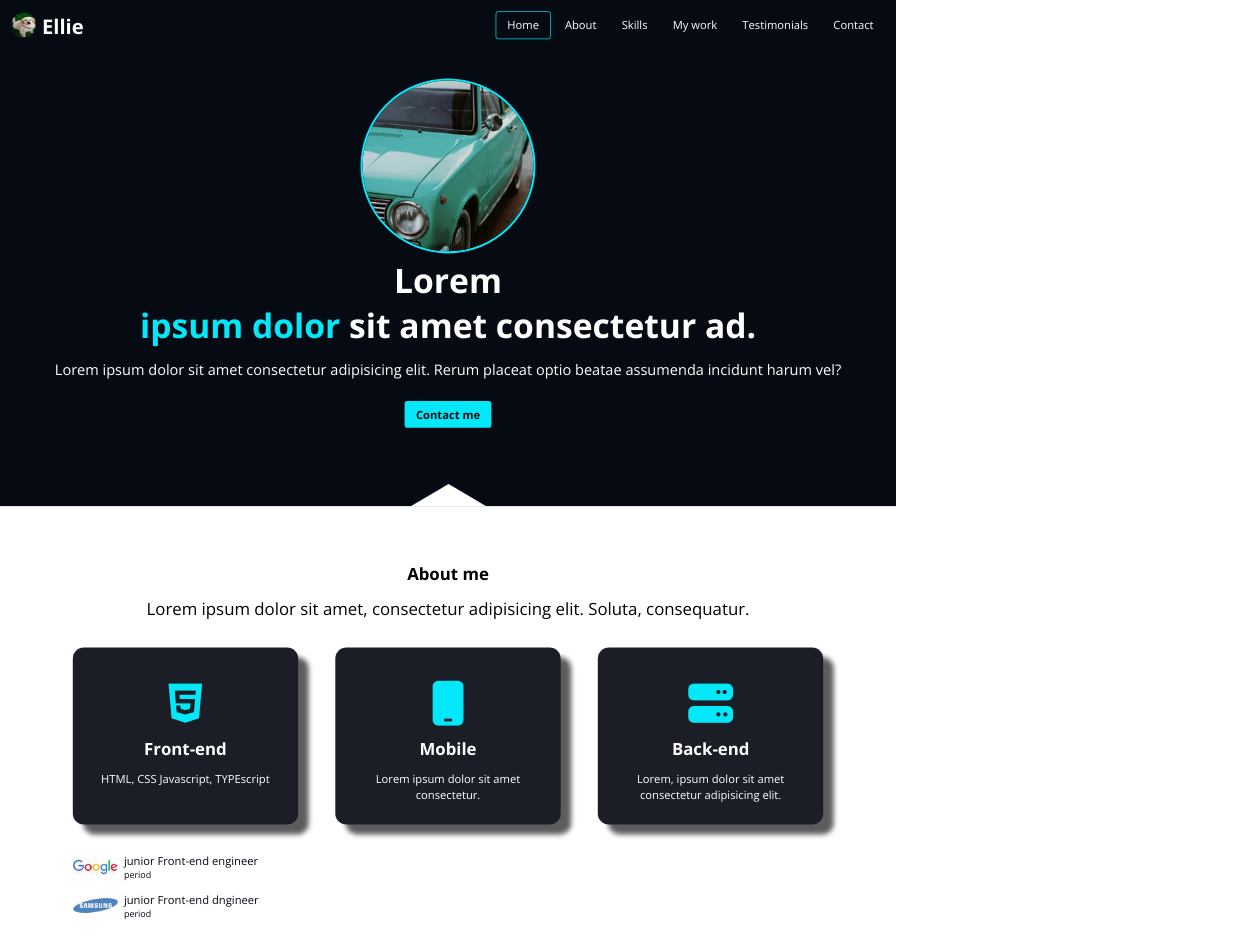
Repository: Arden-Sol/portfolio-website-clone-coding
Page: index.html
The author's editor kept a copy of each file at every save. The page is drawn from the files as they stood at one save, then again after the next save.
The browser window is 1280 px wide. The page is 1793 px wide, so the pictures cover 1793 px, including what lies to the right of the window. The pictures show the part of the page from y = 0 to 1360 px (the page is 4153 px tall), at 70% of full size.
Some web libraries are served in a nearby version.

Above is the page before, as saved 2024-04-07 00:17:13.

### index.html
<!DOCTYPE html>
<html lang="en">

<head>
  <meta charset="UTF-8">
  <meta name="viewport" content="width=device-width, initial-scale=1.0">
  <!-- SEO -->
  <title>Arden&#39;s portfolio</title>
  <meta name="description" content="포트폴리오 연습장" />
  <meta name="author" content="arden">
  <link rel="shortcut icon" href="image/favicon.jpg" type="image/x-icon">
  <!-- OG (Open Graph Data) -->
  <meta property="og:title" content="포트폴리오">
  <meta property="og:type" content="website">
  <meta property="og:url" content="https://arden-sol.github.io/portfolio-website-clone-coding/">
  <meta property="og:image" content="https://arden-sol.github.io/portfolio-website-clone-coding/image/og.webp">
  <!-- Goole Font -->
  <link rel="preconnect" href="https://fonts.googleapis.com">
  <link rel="preconnect" href="https://fonts.gstatic.com" crossorigin>
  <link href="https://fonts.googleapis.com/css2?family=Open+Sans:ital,wght@0,300..800;1,300..800&display=swap"
    rel="stylesheet">
  <!-- Font Awesome -->
  <script src="https://kit.fontawesome.com/4dc9c1b526.js" crossorigin="anonymous"></script>
  <!-- CSS -->
  <link rel="stylesheet" href="css/style.css">
  <!-- Javascript -->
  <!-- 타입-모듈: 독립적으로 개별화해서 고립된 모듈화 -->
  <script type="module" src="src/main.js" defer></script>
  <script type="module" src="src/projects.js" defer></script>
  <script type="module" src="src/active_menu.js" defer></script>
</head>

<body>
  <!-- Header -->
  <header class="header">
    <div class="header__logo">
      <img class="header__logo__img" src="image/favicon.jpg" alt="">
      <h1 class="header__logo__title"><a href="#">Ellie</a></h1>
    </div>
    <nav class="header__nav">
      <ul class="header__menu">
        <li><a class="header__menu__item active" href="#home">Home</a></li>
        <li><a class="header__menu__item" href="#about">About</a></li>
        <li><a class="header__menu__item" href="#skills">Skills</a></li>
        <li><a class="header__menu__item" href="#work">My work</a></li>
        <li><a class="header__menu__item" href="#testimonial">Testimonials</a></li>
        <li><a class="header__menu__item" href="#contact">Contact</a></li>
      </ul>
    </nav>
    <button class="header__bars" aria-label="navigation menu toggle">
      <i class="fa-solid fa-bars"></i>
    </button>
  </header>
  <!-- Main -->
  <main>
    <!-- Home -->
    <section id="home" class="section">
      <div class="home__container">
        <img class="home__avatar" src="image/picture.jpg" alt="picture">
        <h2 class="home__title">Lorem <br> <strong class="home__title--strong">ipsum dolor</strong> sit amet consectetur
          ad.</h2>
        <p class="home__description">Lorem ipsum dolor sit amet consectetur adipisicing elit. Rerum placeat optio beatae
          assumenda incidunt harum
          vel?</p>
        <a class="home__contact" href="#contact">Contact me</a>
      </div>
    </section>
    <!-- About -->
    <section id="about" class="section max-container">
      <h2 class="title">About me</h2>
      <p class="description">Lorem ipsum dolor sit amet, consectetur adipisicing elit. Soluta, consequatur.</p>
      <ul class="majors">
        <li class="major">
          <i class="fa-brands fa-html5 major__icon"></i>
          <p class="major__title">Front-end</p>
          <p>HTML, CSS Javascript, TYPEscript</p>
        </li>
        <li class="major">
          <i class="fa-solid fa-mobile major__icon"></i>
          <p class="major__title">Mobile</p>
          <p>Lorem ipsum dolor sit amet consectetur.</p>
        </li>
        <li class="major">
          <i class="fa-solid fa-server major__icon"></i>
          <p class="major__title">Back-end</p>
          <p>Lorem, ipsum dolor sit amet consectetur adipisicing elit.</p>
        </li>
      </ul>
      <ul class="jobs">
        <li class="job"><img src="image/jobs/google.png" alt="google">
          <div>
            <p class="job__name">junior Front-end engineer</p>
            <p class="job__period">period</p>
          </div>
        </li>
        <li class="job"><img src="image/jobs/samsung.png" alt="samsung">
          <div>
            <p class="job__name">
              junior Front-end dngineer
            </p>
            <p class="job__period">period</p>
          </div>
        </li>
      </ul>
    </section>
    <!-- Skills -->
    <section id="skills" class="section">
      <div class="max-container">
        <h2 class="title">My Skills</h2>
        <p class="description">Skills & Attributes</p>
        <p>Lorem ipsum dolor sit amet consectetur, adipisicing elit. Quia tempore dignissimos suscipit deleniti saepe
          nemo
          doloremque voluptates minima ipsam! Nemo ab voluptas omnis libero commodi delectus sequi hic error inventore?
        </p>
        <div class="skills">
          <section class="skills__coding">
            <h3 class="skills__title">Conding Skills</h3>
            <ul>
              <li class="bar">
                <div class="bar__metadata"><span>HTML</span><span>98%</span></div>
                <div class="bar__bg">
                  <div class="bar__value" style="width: 98%"></div>
                </div>
              </li>
              <li class="bar">
                <div class="bar__metadata"><span>CSS</span><span>90%</span></div>
                <div class="bar__bg">
                  <div class="bar__value" style="width: 20%"></div>
                </div>
              </li>
              <li class="bar">
                <div class="bar__metadata"><span>Javascript</span><span>90%</span></div>
                <div class="bar__bg">
                  <div class="bar__value" style="width: 98%"></div>
                </div>
              </li>
              <li class="bar">
                <div class="bar__metadata"><span>TYPEscript</span><span>80%</span></div>
                <div class="bar__bg">
                  <div class="bar__value" style="width: 98%"></div>
                </div>
              </li>
              <li class="bar">
                <div class="bar__metadata"><span>NodeJs</span><span>78%</span></div>
                <div class="bar__bg">
                  <div class="bar__value" style="width: 98%"></div>
                </div>
              </li>
              <li class="bar">
                <div class="bar__metadata"><span>React</span><span>68%</span></div>
                <div class="bar__bg">
                  <div class="bar__value" style="width: 98%"></div>
                </div>
              </li>
            </ul>
          </section>
          <section class="skills__tools">
            <h3 class="skills__title">Tools</h3>
            <ul>
              <li>Visual Studio Code</li>
              <li>IntelliJ</li>
              <li>Android Studio Code</li>
              <li>iOS dvelopment toos</li>
              <li>Sketch app</li>
            </ul>
          </section>
          <section class="skills__etc">
            <h3 class="skills__title">Etc</h3>
            <ul>
              <li>Git</li>
              <li>Scurm Master</li>
              <li>Math</li>
            </ul>
          </section>
        </div>
      </div>
    </section>
    <!-- Work -->
    <section id="work" class="section">
      <div class="max-container">
        <h2 class="title">My work</h2>
        <p class="description">Projects</p>
        <ul class="categories">
          <li><button class="category category--selected" data-filter="all">All <span
                class="category__count">8</span></button></li>
          <li><button class="category" data-filter="front-end">Front-end <span class="category__count">3</span></button>
          </li>
          <li><button class="category" data-filter="back-end">Back-end <span class="category__count">3</span></button>
          </li>
          <li><button class="category" data-filter="mobile">Mobile <span class="category__count">2</span></button></li>
        </ul>
        <ul class="projects">
          <li class="project" data-type="front-end">
            <a href="#" target="_blank">
              <img src="image/projects/project1.webp" alt="project8" class="project__img">
              <div class="project__metadata">
                <h3 class="project__title">Project #1</h3>
                <p>Clone Coding with HTML, CSS</p>
              </div>
            </a>
          </li>
          <li class="project" data-type="front-end"><a href="#" target="_blank"><img src="image/projects/project1.webp"
                alt="project1" class="project__img">
              <div class="project__metadata">
                <h3 class="project__title">Project #1</h3>
                <p>Clone Coding with HTML, CSS</p>
              </div>
            </a></li>
          <li class="project" data-type="front-end"><a href="#" target="_blank"><img src="image/projects/project2.webp"
                alt="project2" class="project__img">
              <div class="project__metadata">
                <h3 class="project__title">Project #2</h3>
                <p>Clone Coding with HTML, CSS</p>
              </div>
            </a></li>
          <li class="project" data-type="back-end"><a href="#" target="_blank"><img src="image/projects/project3.webp"
                alt="project3" class="project__img">
              <div class="project__metadata">
                <h3 class="project__title">Project #3</h3>
                <p>Clone Coding with HTML, CSS</p>
              </div>
            </a></li>
          <li class="project" data-type="back-end"><a href="#" target="_blank"><img src="image/projects/project4.webp"
                alt="project4" class="project__img">
              <div class="project__metadata">
                <h3 class="project__title">Project #4</h3>
                <p>Clone Coding with HTML, CSS</p>
              </div>
            </a></li>
          <li class="project" data-type="back-end"><a href="#" target="_blank"><img src="image/projects/project5.webp"
                alt="project5" class="project__img">
              <div class="project__metadata">
                <h3 class="project__title">Project #5</h3>
                <p>Clone Coding with HTML, CSS</p>
              </div>
            </a></li>
          <li class="project" data-type="mobile"><a href="#" target="_blank"><img src="image/projects/project6.webp"
                alt="project6" class="project__img">
              <div class="project__metadata">
                <h3 class="project__title">Project #6</h3>
                <p>Clone Coding with HTML, CSS</p>
              </div>
            </a></li>
          <li class="project" data-type="mobile"><a href="#" target="_blank"><img src="image/projects/project7.webp"
                alt="project7" class="project__img">
              <div class="project__metadata">
                <h3 class="project__title">Project #7</h3>
                <p>Clone Coding with HTML, CSS</p>
              </div>
            </a></li>
        </ul>
      </div>
    </section>
    <!-- Testimonials -->
    <section id="testimonial" class="section max-container">
      <h2 class="title">Testimonial</h2>
      <p class="description">See what they say about me</p>
      <ul class="testimonials">
        <li class="testimonial"><img class="testimonial__img" src="image/testimonials/people1.webp" alt="people1">
          <div class="testimonial__bubble">
            <p>Lorem ipsum dolor sit amet consectetur adipisicing elit. Veniam ab quasi totam excepturi iure enim iusto
              facilis ut odio facere quaerat, sapiente nesciunt eveniet magnam porro, officiis molestiae, et nobis!</p>
            <p><a class="testimonial__bubble__name" href="#">James Kim</a> /Google</p>
          </div>
        </li>
        <li class="testimonial"><img class="testimonial__img" src="image/testimonials/people2.webp" alt="people2">
          <div class="testimonial__bubble">
            <p>Lorem ipsum dolor sit amet consectetur, adipisicing elit. Deleniti est neque ipsum distinctio accusamus
              expedita molestiae mollitia animi odio quam minus a atque exercitationem quidem nisi, dolores vel quisquam
              ipsa.</p>
            <p><a class="testimonial__bubble__name" href="#">Anna Jin </a>/Samsung</p>
          </div>
        </li>
        <li class="testimonial">
          <img class="testimonial__img" src="image/testimonials/people3.webp" alt="people3">
          <div class="testimonial__bubble">
            <p>Lorem ipsum dolor sit amet consectetur adipisicing elit. Aut rerum quam quae impedit esse atque laborum
              accusantium maxime repudiandae assumenda, perferendis beatae repellat at? Nam, soluta assumenda. Veniam,
              odit possimus?</p>
            <p><a class="testimonial__bubble__name" href="#">Anna Jin </a>/Samsung</p>
          </div>
        </li>
      </ul>
    </section>
    <!-- Arrow up -->
    <aside>
      <a class="arrow-up" href="#home" title="back to top">
        <i class="fa-solid fa-arrow-up"></i></a>
    </aside>
  </main>
  <!-- Footer -->
  <footer id="contact" class="section">
    <div class=" max-container">
      <h2 class="title">Let&#39;s talk</h2>
      <p class="description">highhigh222@naver.com</p>
      <ul class="contact__links">
        <li>
          <a class="contact__link" href="#" title="arden github link" target="_blank">
            <i class="fa-brands fa-github"></i>
          </a>
        </li>
        <li>
          <a class="contact__link" href="#" title="arden linkedin link" target="_blank">
            <i class="fa-brands fa-linkedin"></i>
          </a>
        </li>
      </ul>
      <p>Dream Coding ellie - All right reserved</p>
    </div>
  </footer>


</body>

</html>

### css/style.css
/* Global */
:root {
/* App Colors */
--color-primary: var(--color-black);
--color-primary-variant: var(--color-gray);
--color-accent: var(--color-blue);
--color-accent-variant: var(--color-orange);
--color-text: var(--color-white);

  /* Colors */
--color-white: #ffffff;
--color-black: #050a13;
--color-blue: #03e8f9;
--color-orange: #fd6413;
--color-gray: #1b1e26;

/* Size */
--size-max-width: 1200px;

/* Divider */
--divider-single-wave: url('data:[embedded picture, 332 characters]');
--divider-multi-wave : url('data:[embedded picture, 962 characters]');
--divider-arrow: url('data:[embedded picture, 181 characters]');
}

*{
  box-sizing: border-box;
}
html{
  scroll-behavior: smooth;
}

body {
  margin : 0;
  font-family: 'Open Sans', sans-serif;
}

h1, h2, h3,p,ul {
  margin : 0;

}

ul{
  list-style: none;
  padding: 0;
}
a {
  text-decoration: none;
  color : var(--color-text);
}

button {
  background-color: transparent;
  outline: 0;
  border : 0;
}

button:hover {
  outline: 1px solid transparent;
}

/* Common */
.section {
  padding: 4rem;
  text-align: center;
}
.title {
  font-size: 2.5;
  margin: 1rem 0;
}
.description {
  font-size: 1.5rem;
}
.max-container {
  max-width: var(--size-max-width);
  margin: auto;
}

/* Header */
.header{
  position:fixed;
  top:0;
  width: 100%;
  display: flex;
  justify-content: space-between;
  align-items: center;
  padding: 1rem;
  background-color: transparent;
  transition: all 300ms ease;
  z-index: 1;
  /* 새롭게 배운 것 */
}
.header--dark{
  background-color: var(--color-primary);
  box-shadow: 15px 14px 8px 0px rgba(0,0,0,0.64);
}
.header__logo {
  display: flex;
  align-items: center;
  gap:8px;
}
.header__logo__img {
  width: 36px;
  height: 36px;
  border-radius: 100%;
}
.header__logo__title {
  font-size: 1.8rem;
}
.header__menu {
  display: flex;
  gap:4px
}
.header__menu__item {
  display: block;
  padding: 8px 16px;
  border-bottom:1px solid transparent;
}
.header__menu__item:hover {
  border-bottom:1px solid var(--color-accent);
}
.header__menu__item.active {
  border:1px solid var(--color-accent);
  border-radius: 4px;
}
/* header bar */
.header__bars{
  display: none;
}

/* Home */
#home{
  position: relative;
  background-color: var(--color-primary);
  color: var(--color-text);
  padding : 5rem 1rem;
  padding-top: 7rem;
  text-align: center;
}
#home::after{
  content: '';
  position: absolute;
  bottom: 0;
  left: 0;
  width: calc(100% + 1.3px);
  height: 70px;
  overflow: hidden;
  line-height: 0;
  transform: rotate(180deg);
  background-color: var(--color-white);
  mask: var(--divider-arrow);
  -webkit-mask: var(--divider-arrow);
}
.home__avatar{
  width: 250px;
  height: 250px;
  object-fit:cover;
  border-radius: 100%;
  border:3px solid var(--color-accent);
}
.home__title {
  font-size: 3rem;
  margin-bottom: 1rem;
}
.home__title--strong{
  color: var(--color-accent);
}
.home__description {
  font-size: 1.3rem;
}
.home__contact{
  display: inline-block;
  background-color: var(--color-accent);
  color:var(--color-black);
  padding : 0.5rem 1rem;
  margin: 2rem;
  font-weight: bold;
  border-radius: 4px;
}
.home__contact:hover{
  background-color: transparent;
  color: var(--color-text);
  outline: 2px solid var(--color-accent);
}
/* About me */
.majors{
  display: flex;
  justify-content: space-between;
  gap:1rem;
  margin: 2.5rem 0;
}
.major {
  background-color: var(--color-primary-variant);
  padding: 2rem 1rem;
  width: 30%;
  color: var(--color-text);
  border-radius: 1rem;
  cursor: default;
  box-shadow: 15px 14px 8px 0px rgba(0,0,0,0.64);
}
.major__icon{
  font-size: 4rem;
  margin: 1rem 0;
  color: var(--color-accent);
  transition: all 300ms ease;
}
.major__title{
  font-size: 1.5rem;
  font-weight: bold;
  margin-bottom:1rem;
}
.major:hover .major__icon{
  transform: rotate(-15deg) scale(1.2);
}
.jobs{
  text-align: start;
}
.job {
  display: flex;
  align-items: center;
  gap:8px;
  margin-bottom: 1rem;
}
.job__name {
  color: var(--color-primary);
}
.job__period  {
  color: var(--color-primary);
  font-size: 0.8rem;
}

/* Skills */
#skills {
  position: relative;
  background-color: var(--color-primary-variant);
  color: var(--color-text);
}
#skills::after {
  content: '';
  position: absolute;
  bottom: 0;
  left: 0;
  width: calc(140% + 1.3px);
  height: 92px;
  overflow: hidden;
  line-height: 0;
  transform: rotate(180deg);
  background-color: var(--color-primary);
  mask: var(--divider-multi-wave);
  -webkit-mask: var(--divider-multi-wave);
}
.skills{
  display: grid;
  grid-template-columns: 6fr 4fr;
  margin: 2rem 3rem;
  border-radius: 8px;
  overflow: hidden;
  box-shadow: 15px 14px 8px 0px rgba(0,0,0,0.64);
}
.skills__title {
  color: var(--color-accent);
  margin: 1rem 0;
  font-size: 1.2rem;
}

.skills__coding{
  background-color: var(--color-primary);
  grid-row: span 2;
  padding: 1rem;
}
.skills__tools{
padding: 1rem;
}
.skills__etc{
  background-color: var(--color-primary);
  padding: 1rem;
  filter: brightness(150%);
}
.bar {
  display: flex;
  flex-direction: column;
  padding: 1rem;
  gap: 0.5rem;
}
.bar__metadata{
  display: flex;
  justify-content: space-between;
}
.bar__bg{
  width: 100%;
  height: 3px;
  background-color: var(--color-primary-variant);
}
.bar__value{
  height: 3px;
  background-color: var(--color-accent);
}

/* Word */
#work{
  background-color: var(--color-primary);
  color: var(--color-text);
}
.categories{
  display: flex;
  justify-content: center;
  margin: 2.5rem;
  gap: 1rem;
}
.category{
  position: relative;
  color: var(--color-text);
  font-size: 1.1rem;
  padding: 0.5rem 3rem;
  border-radius: 4px;
  border: 1px solid var(--color-accent);
  cursor: pointer;
  white-space: nowrap;
  /* 새롭게 배운 것 */
}
.category--selected {
  background-color: var(--color-accent);
  color: var(--color-primary);
}
.category__count{
  opacity: 0;
  position: absolute;
  top: -20px;
  right: 16px;
  width: 28px;
  height: 28px;
  line-height: 28px;
  border-radius: 100%;
  background-color: var(--color-accent-variant);
  color: var(--color-text);
  transition: all 250ms ease-in;
}
.category--selected .category__count,
.category:hover .category__count{
  opacity: 1;
  top: 0;
}

.projects {
  display: grid;
  grid-template-columns: repeat(4, 1fr);
  grid-template-rows: repeat(2, 1fr);
  gap: 1rem;
  transition: all 200ms ease-out;
}
.projects.anim-out {
  opacity: 0;
  transform: scale(0.96) translateY(20px);
}
.project{
  position: relative;
  border-radius: 8px;
  overflow: hidden;
}
.project__img{
  width: 100%;
}
.project__metadata{
  position: absolute;
  top: 0;
  right: 0;
  width: 100%;
  height: 100%;
  background-color: var(--color-black);
  opacity: 0;
  display: flex;
  flex-direction: column;
  justify-content: center;
  align-items: center;
  transition: all 250ms ease-in;
  transform: translateY(-10px);
}
.project__metadata:hover {
  opacity: 0.8;
  transform: translateY(0px);
}
/* 꾸미기용 가상요소 */
.project__title::after {
  content:'';
  display: block;
  position: relative;
  left: 50%;
  width: 50px;
  height: 2px;
  background-color: var(--color-accent);
  transform: translateX(-50%);
  margin: 0.5rem 0;
}

/* Testimonial */
.testimonials {
  margin: 3rem;

}
.testimonial{
  display: flex;
  gap:2rem;
  margin-bottom: 2rem;
  align-items: center;
}
.testimonial:nth-child(even) .testimonial__img{
  order:1;
}
.testimonial__img{
  width: 150px;
  height: 150px;
  border-radius: 100%;
  box-shadow: 15px 14px 8px 0px rgba(0,0,0,0.64);
}
.testimonial__bubble{
  box-shadow: 15px 14px 8px 0px rgba(0,0,0,0.64);
  padding: 1rem;
  border-radius: 8px;
}
.testimonial__bubble__name{
  color: var(--color-accent);
  font-weight: bold;
  filter: brightness(70%);
}

/* Arrow up */
.arrow-up{
  background-color: var(--color-primary);
  position: fixed;
  bottom: 3rem;
  right: 3rem;
  font-size: 3rem;
  width: 4.5rem;
  height: 4.5rem;
  border-radius: 100%;
  text-align: center;
  box-shadow: 15px 14px 8px 0px var(--color-accent);
}

/* Footer */
#contact{
  position: relative;
  background-color: var(--color-primary);
  color: var(--color-text);
}
#contact::after {
  content: '';
  position: absolute;
  top: 0;
  left: 0;
  width: calc(100% + 1.3px);
  height: 93px;
  overflow: hidden;
  line-height: 0;
  background-color: var(--color-white);
  mask: var(--divider-arrow);
  -webkit-mask: var(--divider-arrow);
}

.contact__links {
  display: flex;
  justify-content: center;
  gap: 1rem;
  padding: 1rem;
  font-size: 2rem;
}
.contact__link {
  transition: color 250ms ease-in;

}
.contact__link:hover{
  color: var(--color-accent);
}

@media screen and (max-width: 768px){
  .section {
    padding: 4rem 2rem;
  }
  .title {
    font-size: 2rem;
  }
.description {
  font-size: 1rem;
}
.header{
  flex-direction: column;
  align-items: start;
  background-color: var(--color-primary);
}
.header__menu{
  display: none;
  flex-direction: column;
  text-align: center;
  margin: 1rem 4rem;
  gap: 1rem;
}
.header__menu.open{
  display: flex;
}
.header__nav{
  width: 100%;
}
.header__bars{
  display: block;
  position: absolute;
  top:1.3rem;
  right:1rem;
  color: var(--color-text);
  font-size: 1.5rem;
}
#home{
  padding-bottom: 3rem;
}
.home__title {
font-size: 2.5rem;
margin-bottom: 0.5rem;
}
.majors{
  flex-direction: column;
  align-items: center;
}
.major{
  max-width:25rem;
  width: 100%;
}
.job{
  justify-content: center;
}
.skills{
  grid-template-columns: 1fr;
}
.categories{
  flex-direction: column;
}
.category{
  width: 100%;
}
.projects{
  grid-template-columns: repeat(2, 1fr);
}
.testimonial{
  flex-direction: column;
}
.testimonial:nth-child(even) .testimonial__img{
  order:0;
}
.arrow-up{
  font-size: 2rem;
  width: 3rem;
  height: 3rem;
  bottom: 1.5rem;
  right: 1.5rem;
}
}

Loaded but not shown: src/active_menu.js (47 lines, source omitted); src/main.js (40 lines, source omitted); src/projects.js (36 lines, source omitted)

After the next save:
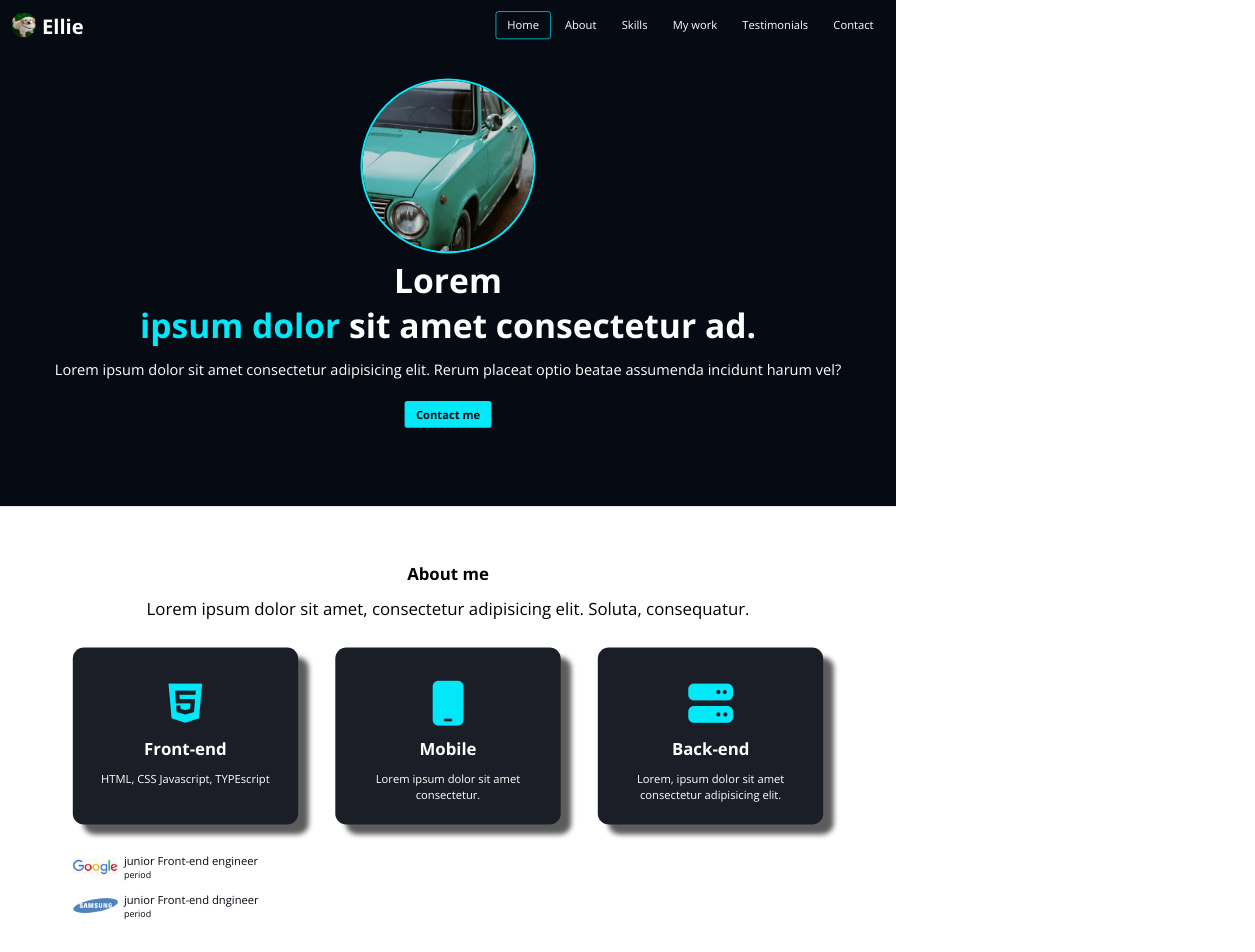
Saved 29 s later.
--- a/css/style.css
+++ b/css/style.css
@@ -148,8 +148,8 @@ button:hover {
   line-height: 0;
   transform: rotate(180deg);
   background-color: var(--color-white);
-  mask: var(--divider-arrow);
-  -webkit-mask: var(--divider-arrow);
+  mask: var(--divider-single-wave);
+  -webkit-mask: var(--divider-single-wave);
 }
 .home__avatar{
   width: 250px;
